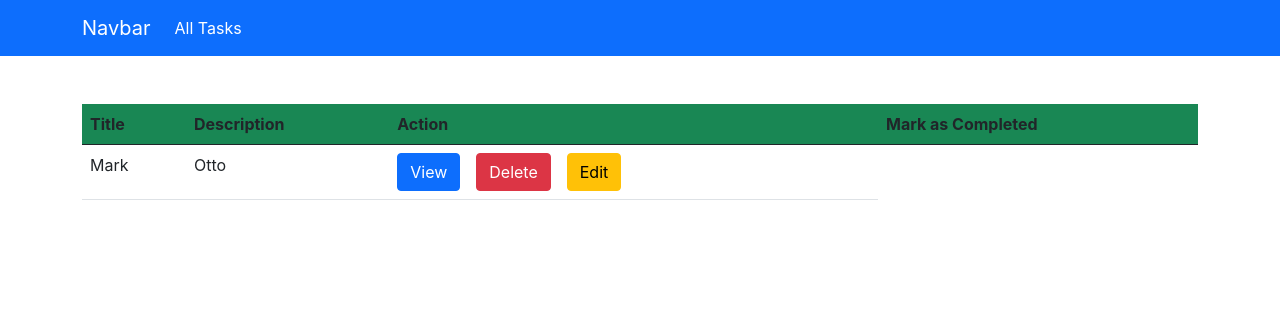
Repository: swathivanka444/MERN-CRUD
Page: /cruds/new (app in frontend_crudapp_reactjs-master/)
These files come from the project's save history. The page is drawn as it stood at one moment and after the next save; the edit follows.
The browser window is 1280 px wide. The pictures show the whole page.
The project was rebuilt for these pictures with package versions that can differ from the ones it lists, and the page was loaded fresh each time. Also part of the build but not shown: frontend_crudapp_reactjs-master/src/App.css.

Above is the page before, as saved 2023-08-29 12:35:57.

After the next save:
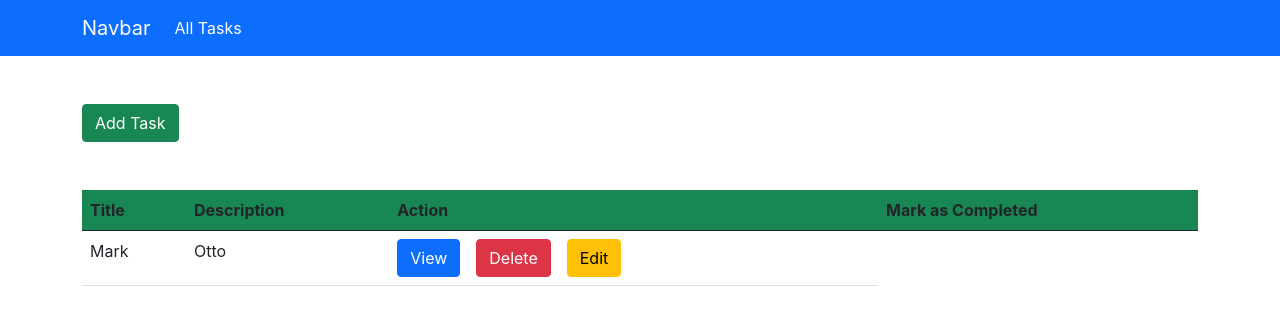
Saved 104 s later.
--- a/frontend_crudapp_reactjs-master/src/component/AllTasks.js
+++ b/frontend_crudapp_reactjs-master/src/component/AllTasks.js
@@ -2,7 +2,10 @@ import React from "react";
 export default function AllTasks() {
     return (
         <div className="container mt-5">
-            <table class="table">
+            <div className="mt-3">
+                <button className="btn btn-success">Add Task</button>
+            </div>
+            <table class="table mt-5">
                 <thead>
                     <tr className="bg-success">
 
